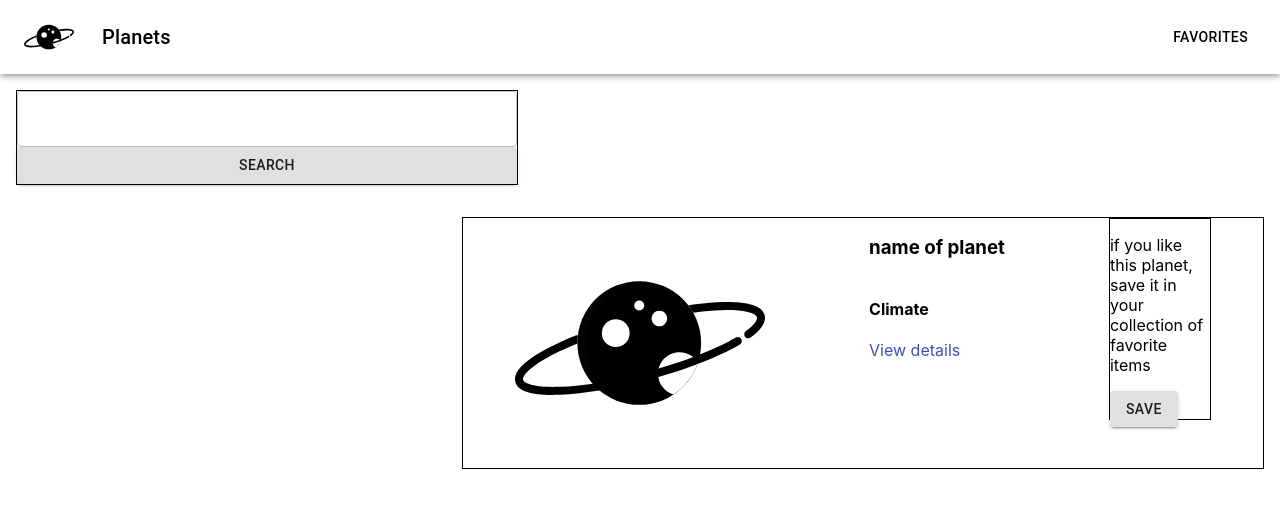
Repository: samridhie01/assignment
Page: /
These files come from the project's save history. The page is drawn as it stood at one moment and after the next save; the edit follows.
The browser window is 1280 px wide. The pictures show the whole page.
The page's requests for data from a server got no answer. The project was rebuilt for these pictures with package versions that can differ from the ones it lists, and the page was loaded fresh each time. No one was signed in, and anything a server would have sent is missing.

Above is the page before, as saved 2020-08-19 22:14:57.

After the next save:
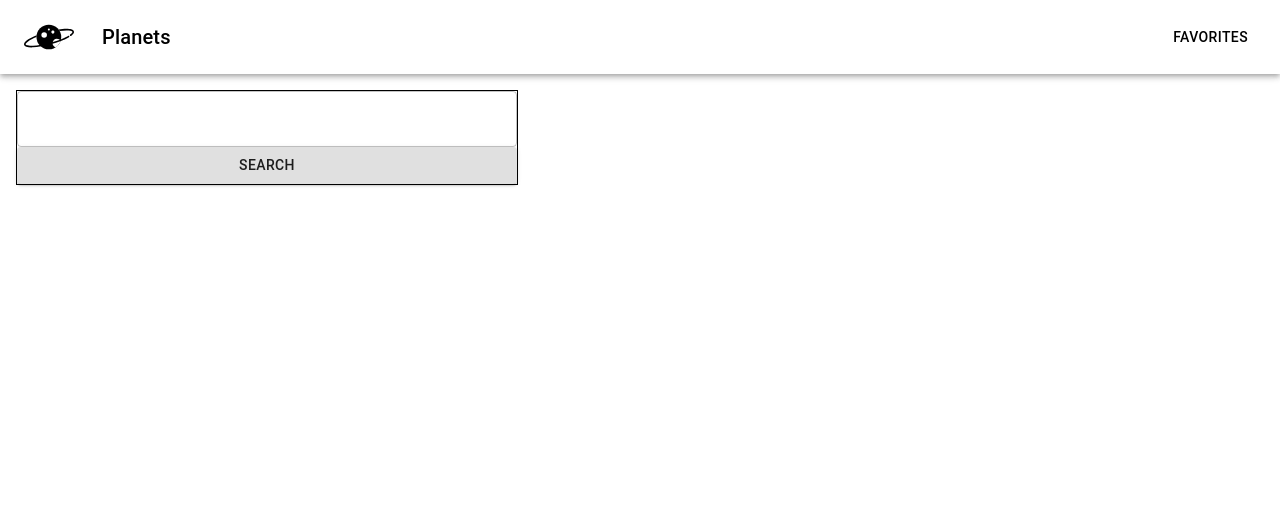
Saved 45 min 38 s later.
--- a/src/components/app/App.tsx
+++ b/src/components/app/App.tsx
@@ -28,7 +28,6 @@ const App = () => {
     <>
     <Header />
     <SearchBox />
-    <Planets/>
 
     </>
 
